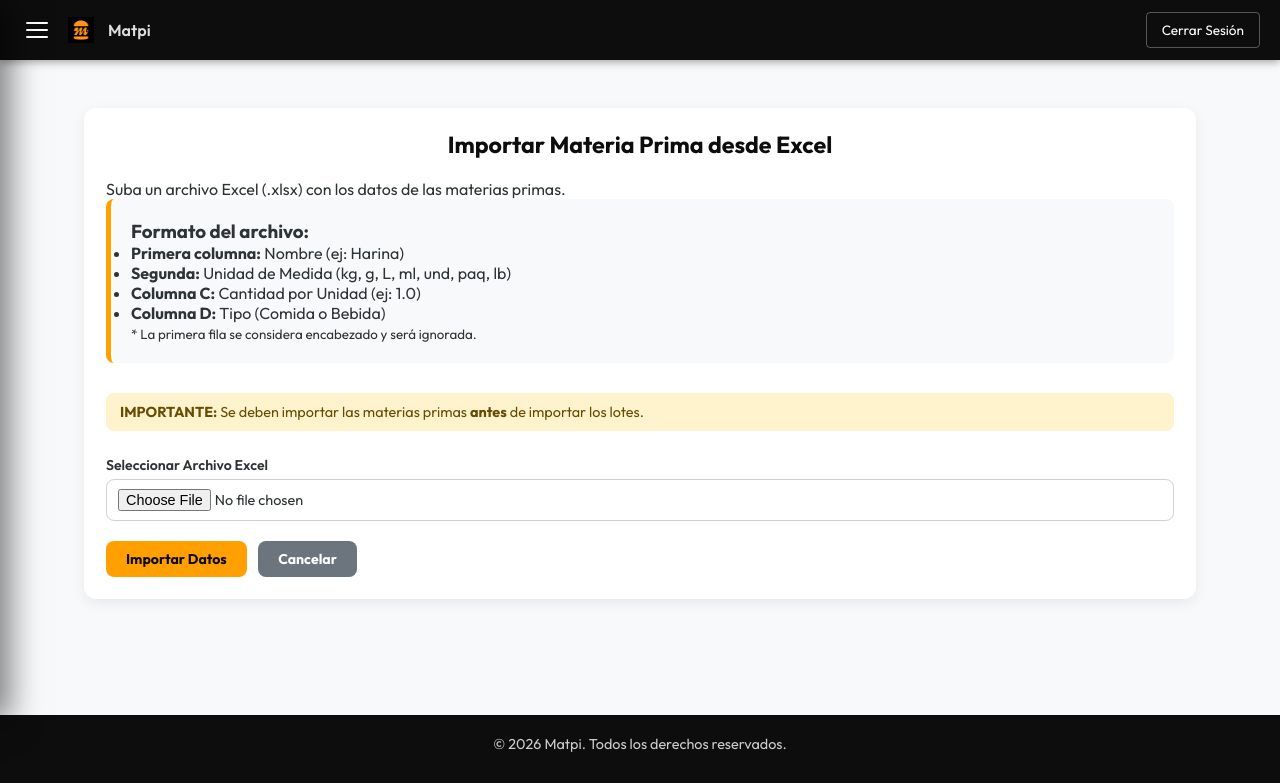
Repository: JuanFelipeNieto/MATPI-Python
Page: MATPI/materia_prima/templates/materia_prima/importar_materia_prima.html
An editor plug-in stored every save of this project. The page is shown before and after the next save, followed by the edit.
The browser window is 1280 px wide. The pictures show the whole page.
The template is drawn by Django 5.2. The application's start-up code is not run. The template is opened directly, without the code that normally fills it, so the values that code supplies are empty.

Above is the page before, as saved 2026-03-21 16:40:36.

After the next save:
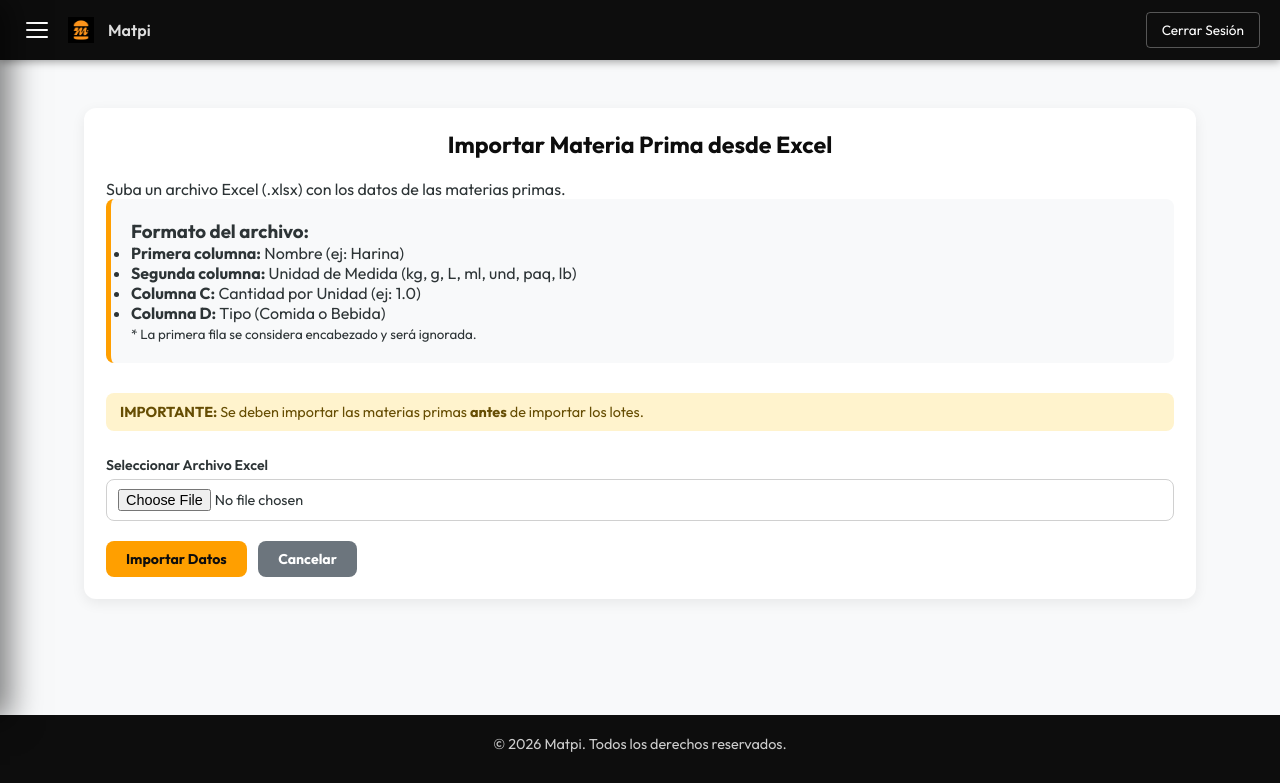
Saved 4 s later.
--- a/MATPI/materia_prima/templates/materia_prima/importar_materia_prima.html
+++ b/MATPI/materia_prima/templates/materia_prima/importar_materia_prima.html
@@ -11,7 +11,7 @@
         <h3 style="margin-top: 0;">Formato del archivo:</h3>
         <ul>
             <li><strong>Primera columna:</strong> Nombre (ej: Harina)</li>
-            <li><strong>Segunda:</strong> Unidad de Medida (kg, g, L, ml, und, paq, lb)</li>
+            <li><strong>Segunda columna:</strong> Unidad de Medida (kg, g, L, ml, und, paq, lb)</li>
             <li><strong>Columna C:</strong> Cantidad por Unidad (ej: 1.0)</li>
             <li><strong>Columna D:</strong> Tipo (Comida o Bebida)</li>
         </ul>
